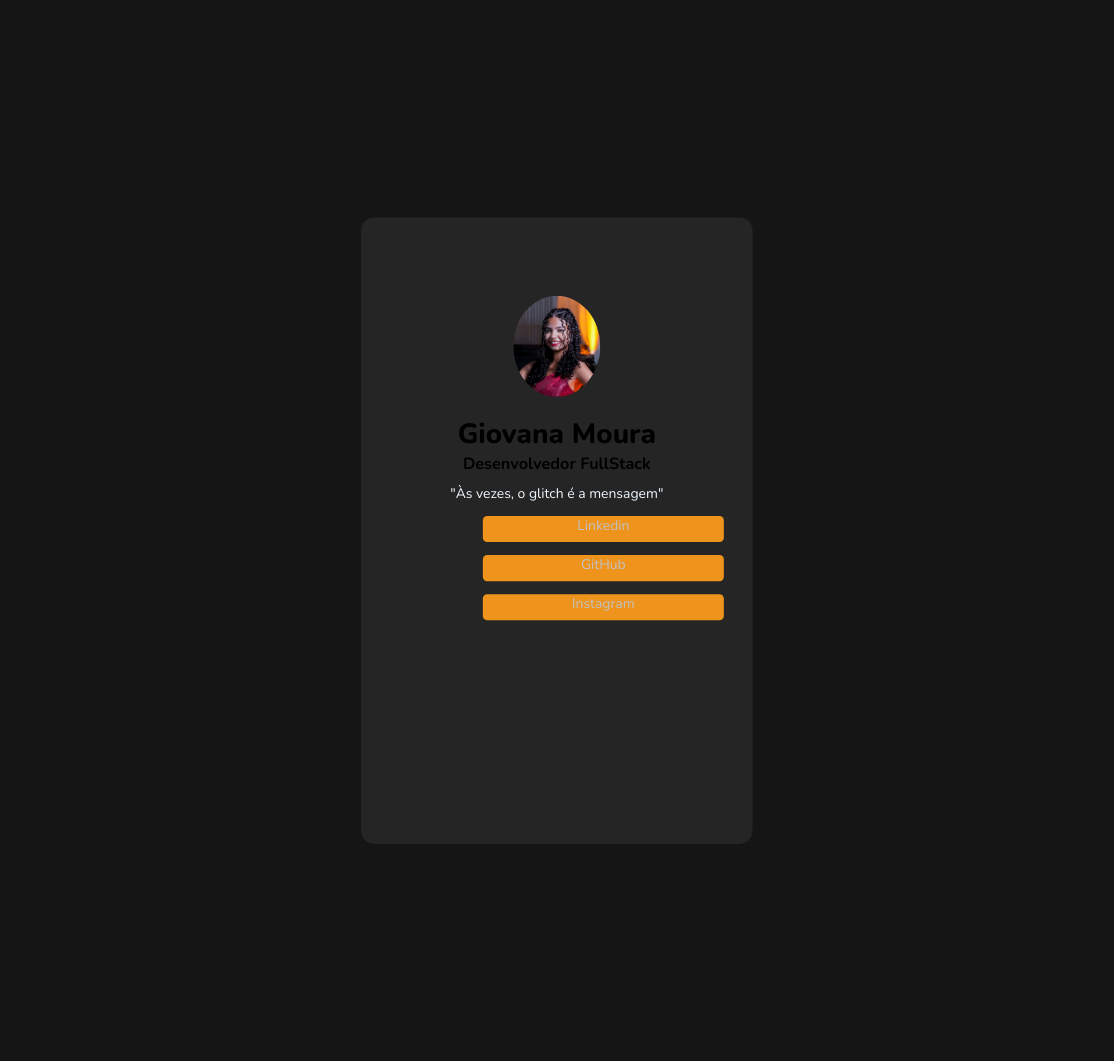
Repository: gimoli/linktree-giovana
Page: index.html
An editor plug-in stored every save of this project. The page is shown before and after a run of saves, followed by the edit.
The browser window is 1280 px wide. The pictures show the whole page, at 87% of full size.

Above is the page before, as saved 2025-04-11 09:05:06.

After the next 4 saves:
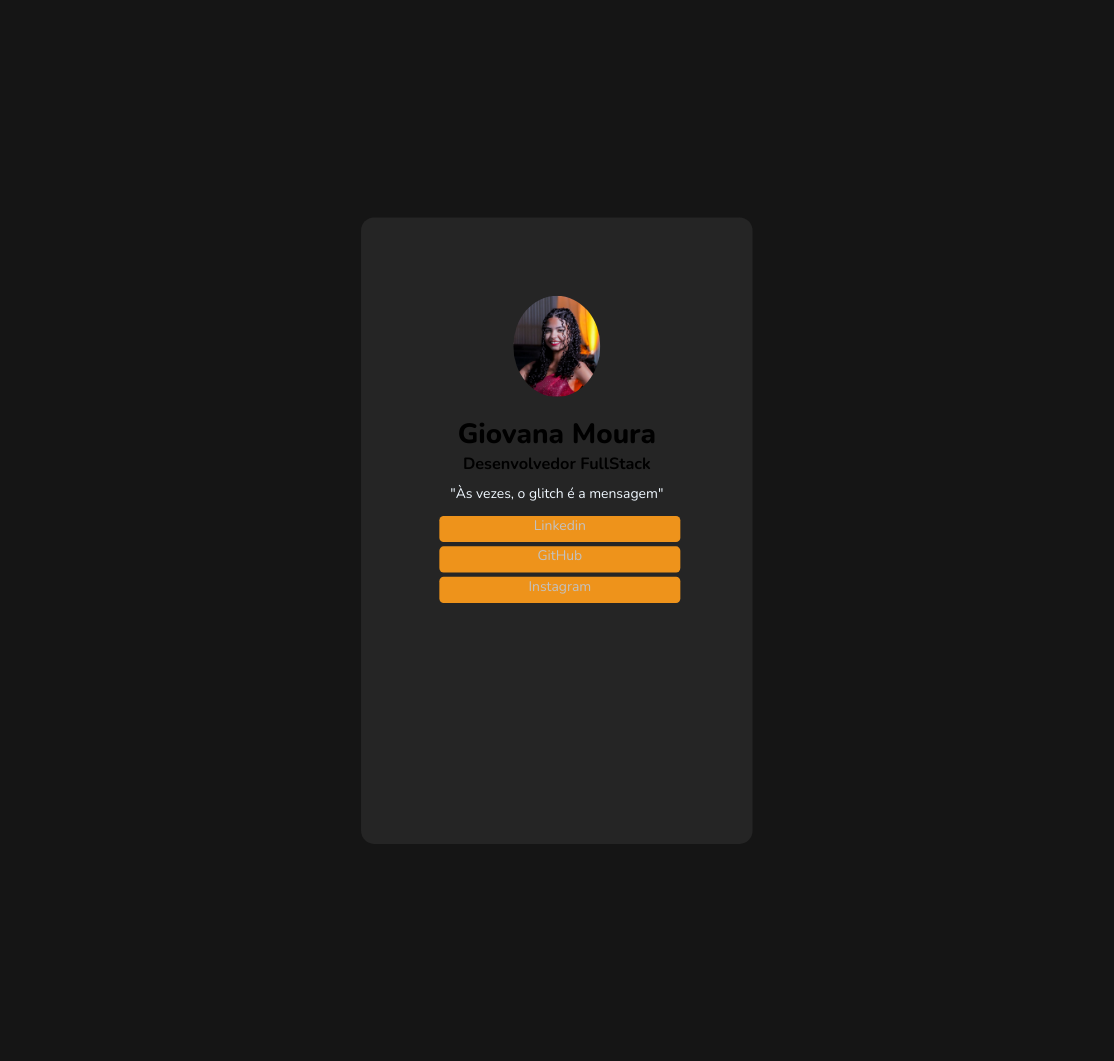
The 4 saves are shown as one change because they came seconds apart.
The last was saved 14 s later.
--- a/style.css
+++ b/style.css
@@ -61,7 +61,7 @@ body {
   width: 277px;
   height: 30px;
   background-color: rgb(238, 147, 27);
-  margin: 15px 50px;
+  margin: 5px 0;
   border-radius: 5px;
 
 }
